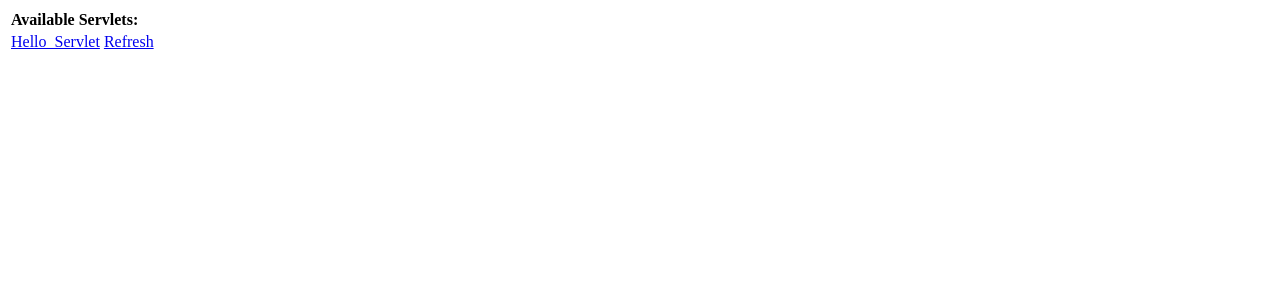
Repository: 123umakant/Home
Page: Demo/Hello_Servlet/war/index.html
These files come from the project's save history. The page is drawn as it stood at one moment and after the next save; the edit follows.
The browser window is 1280 px wide. The pictures show the whole page.

Above is the page before, as saved 2018-11-29 07:31:21.

After the next save:
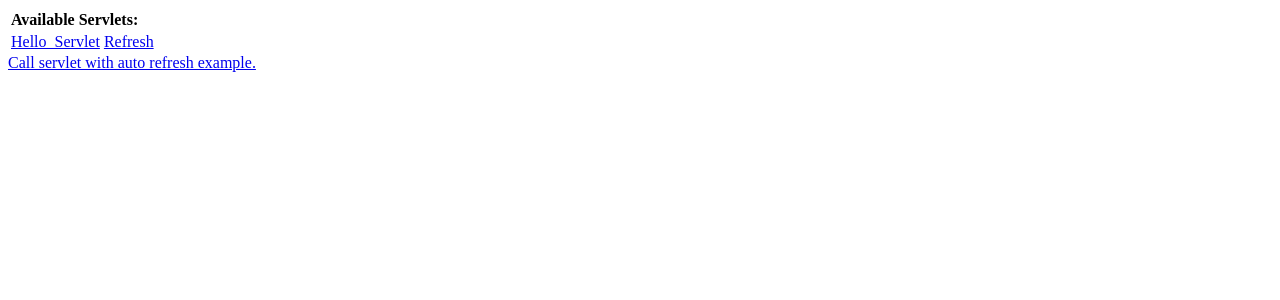
Saved 3 min 35 s later.
--- a/Demo/Hello_Servlet/war/index.html
+++ b/Demo/Hello_Servlet/war/index.html
@@ -25,5 +25,6 @@
          <td><a href="refresh">Refresh</a></td>
       </tr>
     </table>
+      <a href="http://localhost:8888/india/DRT">Call servlet with auto refresh example.</a>
   </body>
 </html>
